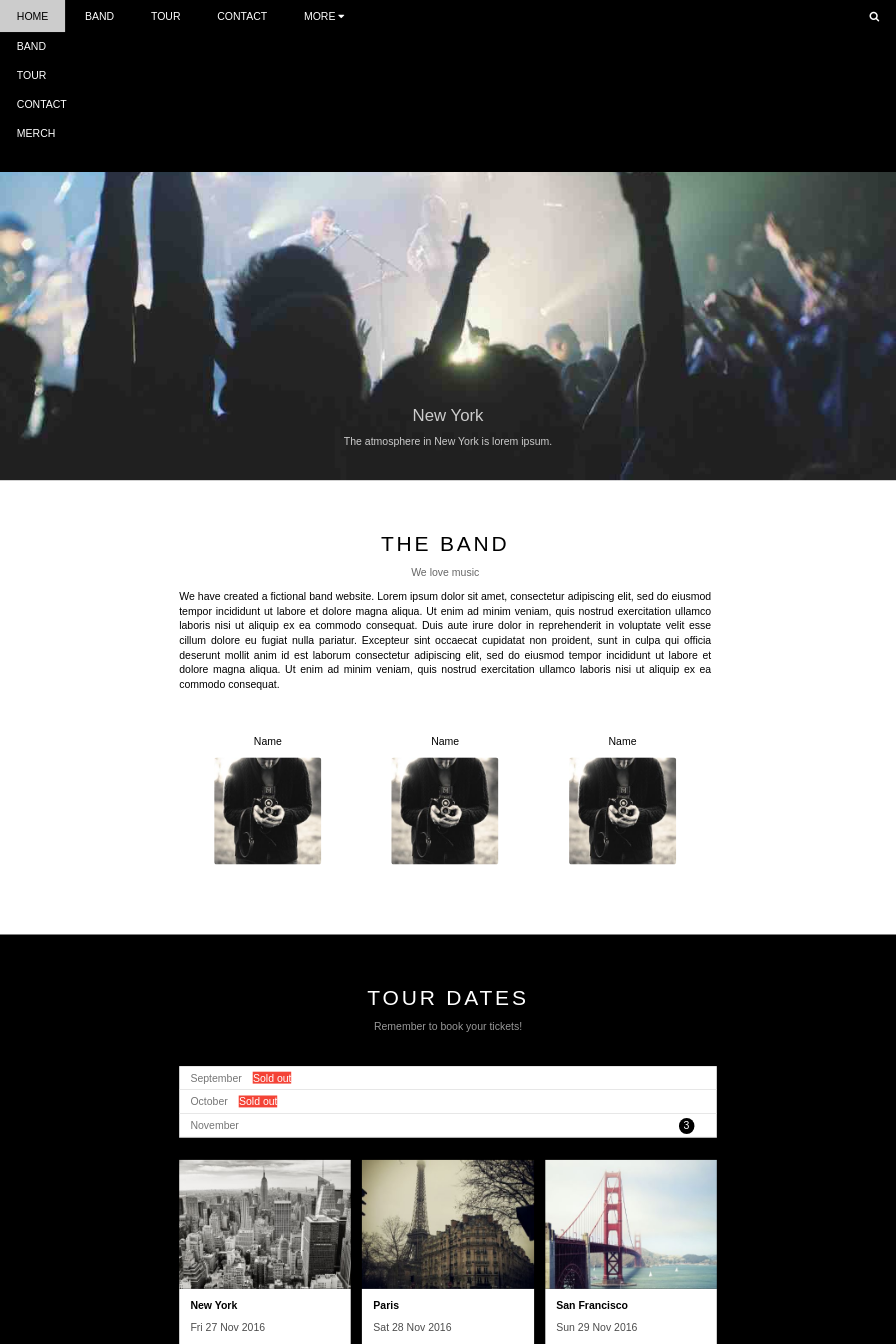
Repository: nguyenhoang2002062929/band
Page: index.html
These files come from the project's save history. The page is drawn as it stood at one moment and after the next save; the edit follows.
The browser window is 1280 px wide. The pictures show the part of the page from y = 0 to 1920 px (the page is 3487 px tall), at 70% of full size.

Above is the page before, as saved 2023-06-12 20:49:14.

### index.html
<!DOCTYPE html>
<html lang="en">
<head>
    <meta charset="UTF-8">
    <meta http-equiv="X-UA-Compatible" content="IE=edge">
    <meta name="viewport" content="width=device-width, initial-scale=1.0">
    <title>The Band</title>
    <link rel="stylesheet" href="assets/css/style.css">
    <link rel="stylesheet" href="https://cdnjs.cloudflare.com/ajax/libs/font-awesome/4.7.0/css/font-awesome.min.css">
</head>
<body>
    <div class="main">
        <div class="header">
              <!-- pc -->
            <ul class="nav">
                <li><a href="#">HOME</a></li>
                <li><a href="#band">BAND</a></li>
                <li><a href="#tour">TOUR</a></li>
                <li><a href="#contact">CONTACT</a></li>
                <li>
                    <a href="" >MORE <i class="fa fa-caret-down"></i></a>
                    <ul class="subnav">
                        <li><a href="">Merchandise</a></li>
                        <li><a href="">Extras</a></li>
                        <li><a href="">Media</a></li>
                    </ul>
                </li>
            </ul>
            <!-- mobile -->
            <a href="#" class="nav-mobile-home">HOME</a>
            <div class="bars">
                <i class="fa fa-bars"></i>
            </div>
            <div class="nav-mobile">
                <ul class="nav-mobile-ul">
                    <li><a class="text-while" href="#band">BAND</a></li>
                    <li><a class="text-while" href="#tour">TOUR</a></li>
                    <li><a  class="text-while" href="#contact">CONTACT</a></li>
                    <li><a class="text-while" href="#contact">MERCH</a></li>
                </ul>
            </div>
            <div class="search">
                <a href=""><i class="fa fa-search"></i></a>
            </div>
        </div>

        <div class="slider">
            <div class="text-content">
                <h2 class="text-heading">New York</h2>
                <p class="text-description">The atmosphere in New York is lorem ipsum.</p>
            </div>
        </div>

        <!-- content -->
        <div class="content">
            <!-- band -->
            <div id="band" class="about">
                <div class="content-section">
                    <h2 class="section-heading">THE BAND</h2>
                    <p class="section-sub-heading">We love music</p>
                    <p class="section-text">We have created a fictional band website. Lorem ipsum dolor sit amet, consectetur adipiscing elit, sed do eiusmod tempor incididunt ut labore et dolore magna aliqua. Ut enim ad minim veniam, quis nostrud exercitation ullamco laboris nisi ut aliquip ex ea commodo consequat. Duis aute irure dolor in reprehenderit in voluptate velit esse cillum dolore eu fugiat nulla pariatur. Excepteur sint occaecat cupidatat non proident, sunt in culpa qui officia deserunt mollit anim id est laborum consectetur adipiscing elit, sed do eiusmod tempor incididunt ut labore et dolore magna aliqua. Ut enim ad minim veniam, quis nostrud exercitation ullamco laboris nisi ut aliquip ex ea commodo consequat.</p>
                </div>
                <div class="content-member">
                    <div class="member">
                        <div class="member-text">
                            <p>Name</p>
                        </div>
                        <div class="member-img">
                            <img src="./assets/img/member/bandmember.jpg" alt="">
                        </div>
                    </div>
                    <div class="member">
                        <div class="member-text">
                            <p>Name</p>
                        </div>
                        <div class="member-img">
                            <img src="./assets/img/member/bandmember.jpg" alt="">
                        </div>
                    </div>
                    <div class="member">
                        <div class="member-text">
                            <p>Name</p>
                        </div>
                        <div class="member-img">
                            <img src="./assets/img/member/bandmember.jpg" alt="">
                        </div>
                    </div>
                </div>
            </div>

            <!-- tour -->
            <div id="tour" class="tour">
                <div class="tour-section">
                    <div class="content-section text-while ">
                        <h2 class="section-heading ">TOUR DATES</h2>
                        <p class="section-sub-heading">Remember to book your tickets!</p>
                    </div>
                    <br>

                   <div class="tickets-tour">
                    <ul class="tickets">
                        <li>September<span class="sold-out">Sold out</span></li>
                        <li>October<span class="sold-out">Sold out</span></li>
                        <li>November<span class="quantity">3</span></li>
                    </ul>
                   </div>

                    <div class="row tour-places ">
                        <div class="column places">
                            <img src="assets/img/places/newyork.jpg" alt="">
                            <div class="places-content">
                                <p class="name">New York</p>
                                <p class="date">Fri 27 Nov 2016</p>
                                <p class="describe">Praesent tincidunt sed tellus ut rutrum sed vitae justo.</p>
                                <button class="js-by-modal">Buy Tickets</button>
                            </div>

                        </div>
                        <div class="column places">
                            <img src="assets/img/places/paris.jpg" alt="">
                            <div class="places-content">
                                <p class="name">Paris</p>
                                <p class="date">Sat 28 Nov 2016</p>
                                <p class="describe">Praesent tincidunt sed tellus ut rutrum sed vitae justo.</p>
                                <button class="js-by-modal">Buy Tickets</button></div>

                        </div>
                        <div class=" column places">
                            <img src="assets/img/places/sanfran.jpg" alt="">
                            <div class="places-content">
                                <p class="name">San Francisco</p>
                                <p class="date">Sun 29 Nov 2016</p>
                                <p class="describe">Praesent tincidunt sed tellus ut rutrum sed vitae justo.</p>
                                <button class="js-by-modal">Buy Tickets</button>
                            </div>

                        </div>
                    </div>
                </div>

            </div>
            <!-- contact -->
            <div id="contact" class="about">
                <div class="content-section">
                    <h2 class="section-heading">CONTACT</h2>
                    <p class="section-sub-heading">Fan? Drop a note!</p>
                </div>
                <div class="row contact">
                    <div class="column column-half contact-left">
                        <p><i class="fa fa-map-marker contact-icon"></i>Chicago, US</p>
                        <p><i class="fa fa-phone contact-icon"></i>Phone: +00 151515</p>
                        <p><i class="fa fa-envelope contact-icon"></i>Email: mail@mail.com</p>
                    </div>
                    <div class="column column-half contact-right">
                        <form action="">
                            <div class="row row-mobile">
                                <div class="column conlumn-half ">
                                    <input class="contact-right-inp" type="text" required placeholder="Name">
                                </div>
                                <div class="column conlumn-half ">
                                    <input class="contact-right-inp" type="email" required placeholder="Email">
                                </div>
                            </div>
                            <div class="row">
                                <div class="column colum-full mg-8">
                                    <input class="contact-right-inp" type="text" required placeholder="Message">
                                </div>
                            </div>
                            <button class="btn-send">SEND</button>
                        </form>
                    </div>
                </div>
            </div>
            <div class="map">
                <img src="assets/img/map.jpg" alt="map">
            </div>

        </div>

        <div class="footer">
            <div class="socials">
                <a href=""><i class="fa fa-facebook-official"></i></a>
                <a href=""><i class="fa fa-instagram"></i></a>
                <a href=""><i class="fa fa-snapchat"></i></a>
                <a href=""><i class="fa fa-pinterest-p"></i></a>
                <a href=""><i class="fa fa-twitter"></i></a>
                <a href=""><i class="fa fa-linkedin"></i></a>
            </div>
            <p class="copyright">Powered by <a href="">w3.css</a></p>
        </div>
    </div>
    <div class="modal js-modal">
        <div class="modal-content js-modal-content">
            <div class="modal-header">
                <span class="modal-close js-closeModal">x</span>
                <h2 ><i class="fa fa-suitcase w3-margin-right"></i> Tickets</h2>
            </div>
            <div class="modal-boby">
                <label for="many">
                    <i class="fa fa-shopping-cart"></i>
                    Tickets, $15 per person
                </label>
                <input id="many" type="text" placeholder="How many?" >
                <label for="modal-email">
                    <i class="fa fa-user"></i>
                    Send To
                </label>
                <input id="modal-email" type="text" placeholder="Enter email">
                <button class="pay">PAY <i class="fa fa-check"></i></button>
            </div>
            <div class="modal-footer">
                <p>Need <a href="">help?</a></p>
            </div>
        </div>
    </div>

    <script>
        const buyBtns = document.querySelectorAll('.js-by-modal')
        const modal = document.querySelector('.js-modal')
        const closeModal = document.querySelector('.js-closeModal')
        const modalContent = document.querySelector('.js-modal-content')


        function showBuyTickets (){
            modal.classList.add('open')
        }
        function hideBuyTickes(){
            modal.classList.remove('open')
        }

        for(const buyBtn of buyBtns){
            buyBtn.addEventListener('click', showBuyTickets)
        }

        closeModal.addEventListener('click', hideBuyTickes)

        modal.addEventListener('click',hideBuyTickes)

        modalContent.addEventListener('click', function(envent){
            envent.stopPropagation()
        })
    </script>
</body>
</html>

### assets/css/style.css
*{
    margin: 0;
    padding: 0;
    box-sizing: border-box;
}
html{
    font-family: Arial, Helvetica, sans-serif;
    scroll-behavior: smooth;
}
.text-while{
    color: #fff !important;
    text-decoration: none;
}
.mg-8{
    margin-top: 8px;
}
.row{
    display: flex;
    margin-left: -8px;
    margin-right: -8px;
}
/* .row::after{
    content: "";
    display: block;
    clear: both;
} */
.column{
    padding: 0 8px;
}
.colum-full{
    width: 100%;
}
.column-half{
    width: 50%;
}
.column-three{
    width: 33.3333%;
}
.header{
    z-index: 1;
    position: fixed;
    width: 100%;
    height: 46px;
    background-color: #000;
    top: 0;
    left: 0;
    right: 0;
}
.nav {
    display: inline-block;
   line-height: 46px;
}
.header .nav > li > a{
    text-decoration: none;
    padding: 0px 24px;
    color: #fff;
    font-size: 15px;
}
.header .nav > li{
    display: inline-block;
    position: relative;
}
.header .nav > li:hover > a{
    display: block;
    color: #000;
    background-color: #ccc;
}
.header .nav .subnav{
    position: absolute;
    display: none;
    background-color: #fff;
    box-shadow: 0 0 10px rgba(0, 0, 0, 0.3) ;
}
.subnav li{
      min-width: 160px;
      list-style-type: none;
}
.nav > li:hover > .subnav{
    display: block;
}
.subnav li:hover a{
    color: #000;
    background-color: #ccc;
}
.subnav a{
    display: block;
    text-decoration: none;
    color: #000;
    padding: 0px 24px;
}
.search{
float: right;
padding: 0 24px;
line-height: 46px;
cursor: pointer;
}
.search a{
    color: rgb(255, 255, 255);
    font-size: 15px;
}
.search:hover{
    color: rgb(255, 255, 255);
    background-color: #f44336!important;
}

.slider{
    width: 100%;
    position: relative;
    margin-top: 46px;
    padding-top: 50%;
    background: url('../img/slider/slider2.jpg') center top / cover no-repeat;
}
.slider .text-content{
    position: absolute;
    color: #ccc;
    bottom: 0;
    left: 50%;
    transform: translateX(-50%);
    text-align: center;
    padding: 32px 16px;
}
.text-content .text-heading{
    font-size: 24px;
    margin-top: 10px;
    font-weight: 200;
}
.text-content .text-description{
    font-size: 15px;
    margin: 15px 0;
}
.about{
    width: 768px;
   margin-right: auto;
    margin-left: auto;
    padding-bottom: 64px;
    padding-right: 8px;
}
.content-section{
    text-align: center;
    padding-top: 64px;
    padding-bottom: 15px;
}
.content-section .section-heading{
    font-size: 30px;
    font-weight: 300;
    letter-spacing: 4px;
    margin: 10px;
}
.content-section .section-sub-heading{
    font-size: 15px;
    font-weight: initial;
    margin: 15px;
    opacity: 0.6;
}
.content-section .section-text{
    font-size: 15px;
    text-align: justify;
    line-height: 1.4;
}
.content-member{
    display: flex;
    text-align: center;
    align-items: center;
    padding: 32px 0;
}
.member-text{
    font-size: 15px;
    margin: 15px 0;
}
.member-img img{
    width: 153px;
    border-radius: 4px;
}
 .member{

    width: 33.333%;
}
.tour{
     background-color: #000;
}
.tour-section{
    width: 768px;
    margin-right: auto;
    margin-left: auto;
    padding-bottom: 64px;
}
.tickets{
    background-color: #fff;
}
.tickets li{
    border-bottom: 1px solid #ddd;
    padding: 8px 16px;
    font-size: 15px;
    color: rgb(117, 117, 117);
    list-style-type: none;
}
.tickets .sold-out{
    color: #fff;
    background-color: #f44336;
    margin: 16px;
    padding: opx 8px;
}
.tickets .quantity{
    float:right;
    height: 22.5px;
    width: 22.5px;
    margin-right: 16px;
    border-radius: 50%;
    background-color: #000;
    color: #fff;
    text-align: center;
    line-height: 22.5px;
    margin-top: -2px;
}
.tour-places{
    padding: 32px 0px;
}
.tour-places .places{
    width: 33.3333%;
}
.places .name{
    font-size: 15px;
}
.places img{
    width: 100%;
    display: block;
}
.places img:hover{
    opacity: 0.6;
}
.places-content{
    background-color: #fff;
    padding-left: 16px;
    font-size: 15px;
}
.places-content .name{
    padding-top: 15px;
    font-weight: 700;
}
.places-content .date{
    padding-top: 15px;
    opacity: 0.7;
}
.places-content .describe{
    margin: 15px 0;
    line-height: 1.4;
}
.places-content button{
    padding: 8px 16px;
    font-size: 15px;
    color: #fff;
    background-color: #000;
    border: none;
    margin-bottom:16px ;
}
.places-content button:hover{
    color: #000;
    background-color: #ccc;
}
.modal{
    position: fixed;
    display: none;
    background: rgba(0, 0, 0, 0.4);
    top: 0;
    left: 0;
    bottom: 0;
    right: 0;
    z-index: 2;
    align-items: center;
    justify-content: center;
}
.modal.open{
    display: flex;
}
.modal-content{
    position: absolute;
    width: 868px;
    max-width: calc(100% - 40px);
    min-height: 342px;
    background-color: #fff;
    animation: ModalFadeIn ease 0.5s;
}
.modal-header{
    width: 100%;
    padding: 32px 16px;
    background-color: rgb(0, 150, 136);
    color: #fff;
    text-align: center;
}
.modal-header h2{
    font-size: 30px;
    margin: 10px 0px;
    font-weight: 400;
    letter-spacing: 3px;
    margin-left: 16px;
}
.modal-header .modal-close{
    position: absolute;
    color: #fff;
    font-size: 24px;
    right: 0;
    top: 0;
    padding: 8px 16px;
}
.modal-header .modal-close:hover{
    color: #000;
    background-color: #ccc;
}
.modal-boby{
    padding: 0px 16px;

}
.modal label{
    display: block;
    margin: 15px 0px 8px;
    font-size: 15px;
}
.modal input{
    width: 100%;
    padding: 8px;
    border: 1px solid #ccc;
    display: block;
    font-size: 15px;
}
.modal button{
    display: block;
    width: 100%;
    padding: 16px;
    margin: 16px 0;
    border: none;
    background-color: rgb(0, 150, 136);
    color: #fff;
}
.modal button:hover{
    color: #000;
    background-color: #ccc;
}
.modal-footer p{
    float: right;
    margin: 15px 16px   ;
}
.modal-footer p a{
    color: rgb(33, 150, 243);
}
@keyframes ModalFadeIn{
    from{
        opacity: 0;
        transform: translateY(-200px);
    }
    to{
        opacity: 1;
        transform: translateY(0);
    }
}

/* contact */
.contact{
    padding: 32px 0px;

}
.contact-left{
    font-size: 18px;
    line-height: 1.5;
}
.contact-icon{
    display: block;
    width: 35px;
}
.contact-right-inp{
    padding: 10px;
    border: 1 solid #ccc;
    width: 100%;
    display: block;
}
.btn-send{
    float: right;
    padding: 10px 16px;
    border: none;
    background-color: #000;
    color: #fff;
    margin-top: 16px;
    cursor: pointer;
}
.btn-send:hover{
    color: #000;
    background-color: #ccc;
}
.map img{
    width: 100%;
    filter: grayscale(0.5);
}
.footer{
    padding: 64px 16px;
    text-align: center;
}
.footer .socials a{
    font-size: 24px;
    color: rgba(0, 0, 0, 0.7);
}
.footer .socials a:hover{
    color: rgba(0, 0, 0, 0.4);
}
.footer .copyright{
    margin: 16px 0;
    color: rgba(0, 0, 0, 0.7);
}
.footer .copyright a{
    color: rgba(0, 0, 0, 0.7);
}

/* respontsive */

.bars{
    position: absolute;
    color: #fff;
    bottom: 0px;
    right: 0px;
    top: 0px;
    font-size: 15px;
    display: none;
    text-align: center;
    line-height: 46px;
    padding: 0px 24px;
    display: none;
}
.nav-mobile-home{
    position: absolute;
    top: 0px;
    left: 0px;
    bottom: 0px;
    font-size: 15px;
    line-height: 46px;
    color: #fff;
    padding: 0px 24px;
    text-decoration: none;
    display: none;
}
.nav-mobile-home:hover{
    color: #000 !important;
    background-color: #ccc !important;
}
.nav-mobile{
    position: absolute;
    background-color: #000;
    width: 100%;
    min-height: 200px;
    top: 46px;
    font-size: 15px;
    display: block;
}
.nav-mobile-ul li{
    color: #fff;
    display: block;
    padding: 12px 24px;
}
/* mobile */
@media screen and (max-width:739px) {
    .nav{
        display: none;
    }
    .search{
        display: none;
    }
    .bars{
        display: block;
    }
    .about{
        width: 100%;
    }
    .content{
        width: 100%;
    }
    .content-section{
        padding-left: 16px;
        padding-right: 8px;
    }
    .member{
        width: 60%;
    }
    .member-img img{
        width: 100%;
    }

    .tour-section{
        width: 100%;
    }
    .tickets-tour{
        padding-left: 16px;
        padding-right: 16px;
    }
    .content-member{
        padding-left: 8px;
        flex-direction: column;
    }
    .tour-places{
        padding-left: 8px;
        padding-right: 8px;
        flex-direction: column;
    }
    .places{
        margin-top: 16px;
        width: 100% !important;
    }
    .row{
        display: flex;
        margin-left: 0px;
        margin-right: 0px;
    }
    .contact{
        flex-direction: column;
    }
    .contact-left{
        width: 100%;
        margin-left: 8px;
    }
    .contact-right{
        width: 100%;
    }
    .row-mobile{
        margin-top: 16px;
        flex-direction: column;
    }
    .btn-send{
        margin-right: 8px;
    }
    .nav-mobile-home{
        display: block;
    }
    .text-heading{
        display: none;
    }
    .text-description{
        display: none;
    }
}
/* tatble */
@media screen and (min-width:740px) and (max-width:1023px) {

}

After the next save:
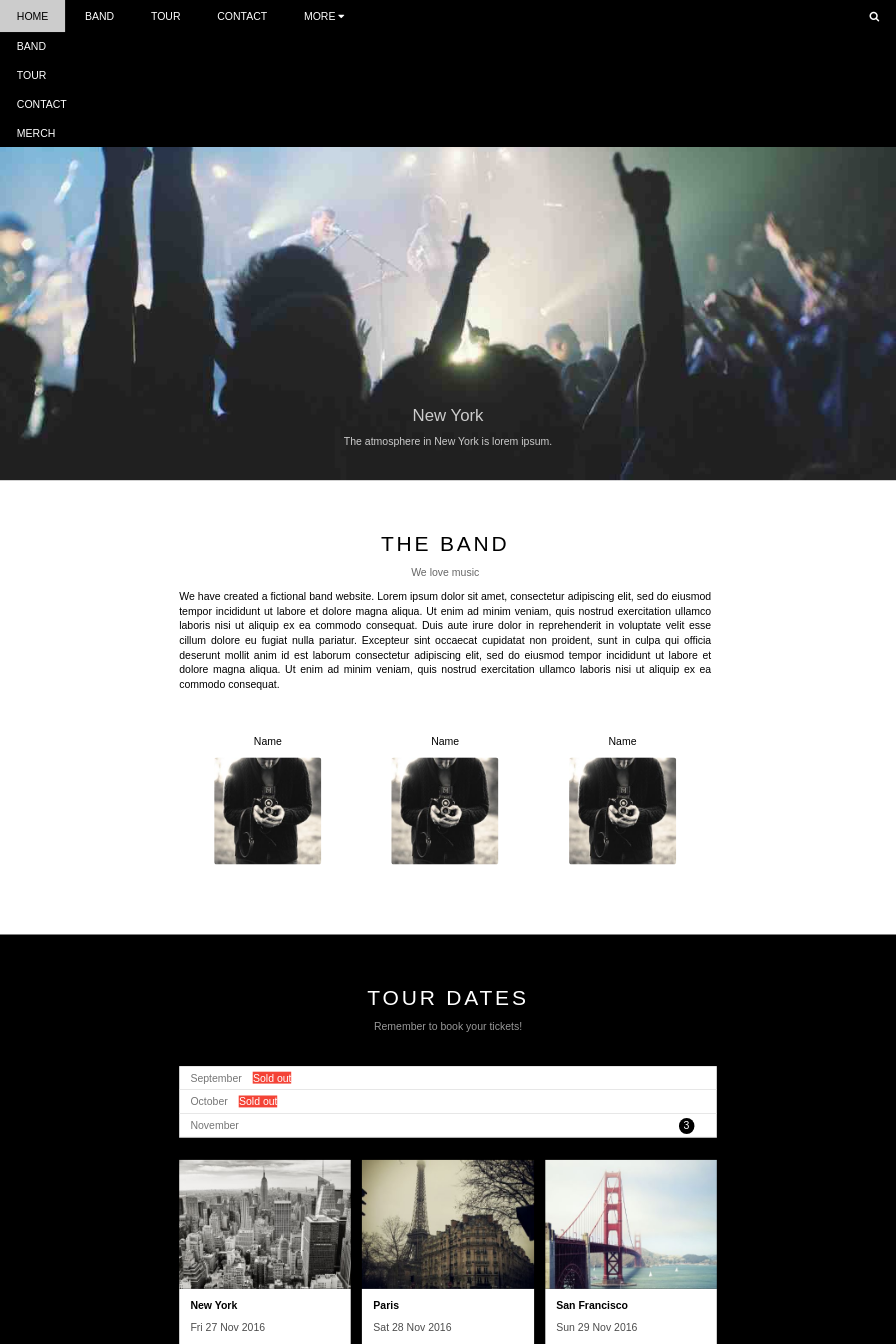
Saved 13 s later.
--- a/assets/css/style.css
+++ b/assets/css/style.css
@@ -443,7 +443,6 @@ cursor: pointer;
     position: absolute;
     background-color: #000;
     width: 100%;
-    min-height: 200px;
     top: 46px;
     font-size: 15px;
     display: block;
